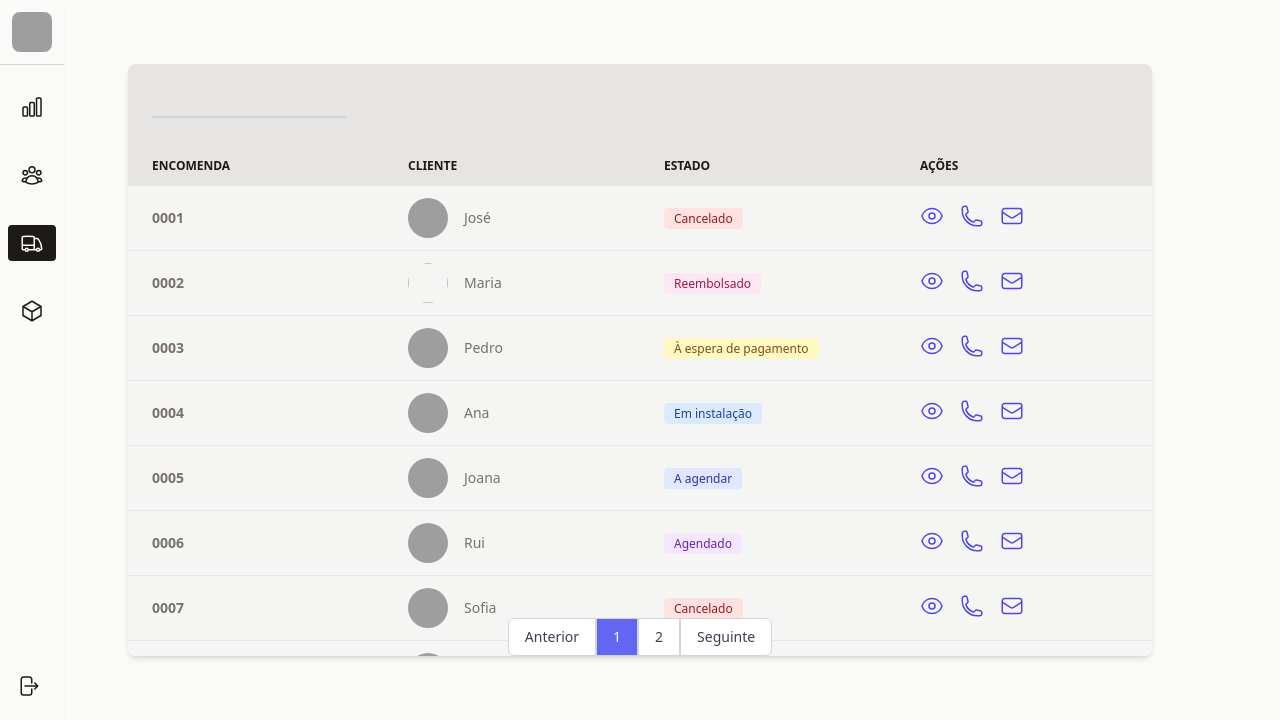
Repository: XavierOtavio/Cuzinhas
Page: /dashboard/orders
The author's editor kept a copy of each file at every save. The page is drawn from the files as they stood at one save, then again after the next save.
The browser window is 1280 px wide. The pictures show the whole page.
Pictures or frames that could not be fetched are drawn as grey boxes. An inner scrolling area shows only its first screen. The project was rebuilt for these pictures with package versions that can differ from the ones it lists, and the page was loaded fresh each time. Also part of the build but not shown: src/components/Logotipo.js, src/components/Header.js, src/components/Dashboard.js, src/components/Login.js, src/components/Register.js, src/components/Home.js, src/components/LayoutFront.js.

Above is the page before, as saved 2023-03-08 16:34:50.

### src/App.js
import { Route, Routes } from "react-router-dom";
import Header from "./components/Header";
import LayoutBackend from "./components/LayoutBackend";
import Dashboard from "./components/Dashboard";
import Orders from "./components/Orders";
import Login from "./components/Login";
import Register from "./components/Register";
import Home from "./components/Home";
import LayoutFront from "./components/LayoutFront";

function App() {
  return (
    <div className="App">
      <Routes>
        <Route path="/dashboard" element={<LayoutBackend />}>
          <Route path="" element={<Dashboard />} />
          <Route path="orders" element={<Orders />} />
        </Route>
        <Route path="" element={<LayoutFront />}>
          <Route path="/" element={<Home />} />
        </Route>
        <Route path="/login" element={<Login />} />
        <Route path="/register" element={<Register />} />
      </Routes>
    </div>
  );
}

export default App;

### src/components/LayoutBackend.js
import React from "react";
import SideBar from "./SideBar";
import { Outlet } from "react-router-dom";

export default function LayoutBackend() {
  return (
    <>
      <div className="absolute h-screen w-screen">
        <SideBar />
        <div className="relative flex h-full items-center justify-center bg-stone-50">
          <Outlet />
        </div>
      </div>
    </>
  );
}

### src/components/Orders.js
import { EyeIcon, PhoneIcon, EnvelopeIcon } from "@heroicons/react/24/outline";
import { useState, useEffect } from "react";

export default function Orders() {
  const [search, setSearch] = useState({ status: "" });
  const [page, setPage] = useState(1);

  let orders = [
    {
      id: "0001",
      name: "José",
      profilePhoto:
        "https://fd230791b4.cbaul-cdnwnd.com/6573da65277e34d2c8f10c32c9f32cbf/200000001-4c1aa4d753/1246700716628_f.jpg",
      status: "Canceled",
      phone: "912345678",
      email: "jose@cuzinhas.pt",
    },
    {
      id: "0002",
      name: "Maria",
      status: "Refunded",
      phone: "912345678",
      email: "jose@cuzinhas.pt",
    },
    {
      id: "0003",
      name: "Pedro",
      profilePhoto:
        "https://media.npr.org/assets/img/2022/11/08/ap22312071681283-0d9c328f69a7c7f15320e8750d6ea447532dff66.jpg",
      status: "PendingPayment",
      phone: "912345678",
      email: "jose@cuzinhas.pt",
    },
    {
      id: "0004",
      name: "Ana",
      profilePhoto:
        "https://politics.princeton.edu/sites/default/files/styles/square/public/images/Aseel%20Profile%20Pic.jpg?h=96281f56&itok=_XvylDKQ",
      status: "Assembling",
      phone: "912345678",
      email: "jose@cuzinhas.pt",
    },
    {
      id: "0005",
      name: "Joana",
      profilePhoto:
        "https://politics.princeton.edu/sites/default/files/styles/square/public/images/YutianAn0919_0004.jpg?h=6bb51d0e&itok=D-1_EYgw",
      status: "Scheduling",
      phone: "912345678",
      email: "jose@cuzinhas.pt",
    },
    {
      id: "0006",
      name: "Rui",
      profilePhoto:
        "https://politics.princeton.edu/sites/default/files/styles/square/public/images/p-5.jpeg?h=87dbaab7&itok=ub6jAL5Q",
      status: "Scheduled",
      phone: "912345678",
      email: "jose@cuzinhas.pt",
    },
    {
      id: "0007",
      name: "Sofia",
      profilePhoto:
        "https://politics.princeton.edu/sites/default/files/styles/square/public/images/Elizabeth-Bachman_092721_0003.jpg?h=102c6dce&itok=uL0Sbls1",
      status: "Canceled",
      phone: "912345678",
      email: "jose@cuzinhas.pt",
    },
    {
      id: "0008",
      name: "Miguel",
      profilePhoto:
        "https://politics.princeton.edu/sites/default/files/styles/square/public/images/GordonArsenoff_072721_0014-edit%20%281%29.jpg?h=39a78a6d&itok=hgDXBQsE",
      status: "Refunded",
      phone: "912345678",
      email: "jose@cuzinhas.pt",
    },
    {
      id: "0009",
      name: "Inês",
      profilePhoto:
        "https://politics.princeton.edu/sites/default/files/styles/square/public/images/p-4.jpeg?h=6d5fbd74&itok=UAzUQXdO",
      status: "PendingPayment",
      phone: "912345678",
      email: "jose@cuzinhas.pt",
    },
    {
      id: "0010",
      name: "Rita",
      profilePhoto:
        "https://politics.princeton.edu/sites/default/files/styles/square/public/images/Al-Shami.jpeg?h=227444a7&itok=hmE_Lctk",
      status: "Assembling",
      phone: "912345678",
      email: "jose@cuzinhas.pt",
    },
    {
      id: "0011",
      name: "Luís",
      profilePhoto:
        "https://politics.princeton.edu/sites/default/files/styles/square/public/images/Alkhawaldeh_Headshot.jpg?h=6a43611b&itok=RFd3qC78",
      status: "Scheduling",
      phone: "912345678",
      email: "jose@cuzinhas.pt",
    },
    {
      id: "0012",
      name: "João",
      profilePhoto:
        "https://politics.princeton.edu/sites/default/files/styles/square/public/images/Greg%20Amusu%20Department%20Photo%20%28002%29%202.jpeg?itok=lqtdmKJB",
      status: "Scheduled",
      phone: "912345678",
      email: "jose@cuzinhas.pt",
    },
  ];

  const statusBadge = (status) => {
    switch (status) {
      case "Canceled":
        return (
          <span class="bg-red-100 text-red-800 text-xs font-medium mr-2 px-2.5 py-0.5 rounded">
            Cancelado
          </span>
        );
      case "Refunded":
        return (
          <span class="bg-pink-100 text-pink-800 text-xs font-medium mr-2 px-2.5 py-0.5 rounded">
            Reembolsado
          </span>
        );
      case "PendingPayment":
        return (
          <span class="bg-yellow-100 text-yellow-800 text-xs font-medium mr-2 px-2.5 py-0.5 rounded">
            À espera de pagamento
          </span>
        );
      case "Assembling":
        return (
          <span class="bg-blue-100 text-blue-800 text-xs font-medium mr-2 px-2.5 py-0.5 rounded">
            Em instalação
          </span>
        );
      case "Scheduling":
        return (
          <span className="bg-indigo-100 text-indigo-800 text-xs font-medium mr-2 px-2.5 py-0.5 rounded">
            A agendar
          </span>
        );
      case "Scheduled":
        return (
          <span class="bg-purple-100 text-purple-800 text-xs font-medium mr-2 px-2.5 py-0.5 rounded">
            Agendado
          </span>
        );
      case "Done":
        return (
          <span class="bg-green-100 text-green-800 text-xs font-medium mr-2 px-2.5 py-0.5 rounded">
            Concluído
          </span>
        );
      default:
        return (
          <span class="bg-gray-100 text-gray-800 text-xs font-medium mr-2 px-2.5 py-0.5 rounded">
            Não definido
          </span>
        );
    }
  };
  const filteredOrders = orders.filter((order) => {
    if (search.status === "" || search.status === null) {
      return order;
    } else if (order.status === search.status) {
      return order;
    }
  });

  const calculateRange = (data) => {
    const range = [];
    const num = Math.ceil(data.length / 10);
    for (let i = 1; i <= num; i++) {
      range.push(i);
    }
    return range;
  };

  const sliceData = (data, page) => {
    return data.slice((page - 1) * 10, page * 10);
  };
  return (
    <div className="absolute inset-x-32 inset-y-16 overflow-x-auto shadow-md sm:rounded-lg bg-stone-200">
      <div className="flex items-center justify-between pb-4">
        <div className="relative mx-6 my-3 flex-1">
          <select
            name="statusCheck"
            id="statusCheck"
            onChange={(e) => setSearch({ status: e.target.value })}
            className="peer block w-full appearance-none border-0 border-b-2 border-gray-300 bg-transparent px-0 py-2.5 text-sm text-gray-900 focus:border-red-600 focus:outline-none focus:ring-0 "
          >
            <option value={""}></option>
            <option value={"Canceled"}>Cancelado</option>
            <option value={"Refunded"}>Reembolsado</option>
            <option value={"PendingPayment"}>À espera de pagamento</option>
            <option value={"Assembling"}>Em produção</option>
            <option value={"Scheduling"}>À espera de agendamento</option>
            <option value={"Scheduled"}>Agendado</option>
            <option value={"Assembling"}>Em instalação</option>
            <option value={"Done"}>Concluido</option>
          </select>
          <label
            htmlFor="statusCheck"
            className="absolute top-3 -z-10 origin-[0] -translate-y-6 scale-75 transform text-sm text-gray-500 duration-300 peer-placeholder-shown:translate-y-0 peer-placeholder-shown:scale-100 peer-focus:left-0 peer-focus:-translate-y-6 peer-focus:scale-75 peer-focus:font-medium peer-focus:text-orange-500"
          >
            Filtrar por estado
          </label>
        </div>
        <div className="flex-[4]" />
      </div>
      <table className="table-fixed w-full text-sm text-left text-stone-500">
        <thead className="text-xs text-stone-900 uppercase ">
          <tr>
            <th className="px-6 py-3" scope="col">
              Encomenda
            </th>
            <th className="px-6 py-3" scope="col">
              Cliente
            </th>
            <th className="px-6 py-3" scope="col">
              Estado
            </th>
            <th className="px-6 py-3" scope="col">
              Ações
            </th>
          </tr>
        </thead>
        <tbody>
          {sliceData(filteredOrders, page).map((order) => (
            <tr key={order.id} className="bg-stone-100 border-b">
              <th
                scope="row"
                className="px-6 py-3 whitespace-nowrap cursor-pointer"
              >
                {order.id}
              </th>
              <td className="px-6 py-3 whitespace-nowrap cursor-pointer">
                <div className="flex items-center">
                  <div className="flex-shrink-0 h-10 w-10">
                    <img
                      className="h-10 w-10 rounded-full"
                      src={order.profilePhoto}
                      alt=""
                    />
                  </div>
                  <div className="ml-4">
                    <div className="text-sm font-medium">{order.name}</div>
                  </div>
                </div>
              </td>
              <td className="px-6 py-3 whitespace-nowrap">
                {statusBadge(order.status)}
              </td>
              <td className="px-6 py-3">
                <div className="inline-grid grid-cols-3 gap-4">
                  <EyeIcon className="text-indigo-600 hover:text-indigo-900 cursor-pointer w-6" />
                  <a href={`tel:${order.phone}`}>
                    <PhoneIcon className="text-indigo-600 hover:text-indigo-900 cursor-pointer w-6" />
                  </a>
                  <a href={`mail:${order.email}`}>
                    <EnvelopeIcon className="text-indigo-600 hover:text-indigo-900 cursor-pointer w-6" />
                  </a>
                </div>
              </td>
            </tr>
          ))}
        </tbody>
        {calculateRange(filteredOrders).length > 1 && (
          <tfoot>
            <tr className="">
              <td colSpan={4}>
                <div className="flex justify-center items-center py-4">
                  <div className="flex items-center bottom-0 absolute">
                    <button
                      className="px-4 py-2 rounded-l-md border border-gray-300 bg-white text-sm font-medium text-gray-700 hover:bg-gray-50"
                      onClick={() => setPage(page - 1)}
                      disabled={page === 1}
                    >
                      Anterior
                    </button>
                    {calculateRange(filteredOrders).map((num) => (
                      <button
                        key={num}
                        className={`${
                          page === num
                            ? "bg-indigo-500 text-white"
                            : "bg-white text-gray-700"
                        } px-4 py-2 border border-gray-300 text-sm font-medium hover:bg-gray-50`}
                        onClick={() => setPage(num)}
                      >
                        {num}
                      </button>
                    ))}
                    <button
                      className="px-4 py-2 rounded-r-md border border-gray-300 bg-white text-sm font-medium text-gray-700 hover:bg-gray-50"
                      onClick={() => setPage(page + 1)}
                      disabled={page === calculateRange(filteredOrders).length}
                    >
                      Seguinte
                    </button>
                  </div>
                </div>
              </td>
            </tr>
          </tfoot>
        )}
      </table>
    </div>
  );
}

### src/components/SideBar.js
import React from "react";
import { Link, useLocation } from "react-router-dom";
import {
  ArrowRightOnRectangleIcon,
  ChartBarIcon,
  CubeIcon,
  TruckIcon,
  UserGroupIcon,
} from "@heroicons/react/24/outline";

export default function SideBar() {
  const location = useLocation();
  return (
    <div className="absolute inset-y-0 left-0 z-10 w-16 shadow-sm bg-stone-50">
      <div>
        <div className="inline-flex h-16 w-16 items-center justify-center">
          <Link
            to="/profile"
            className="group relative flex justify-center rounded"
          >
            <img
              alt="user"
              className="rounded-lg h-10 w-10"
              src="https://cdn.discordapp.com/attachments/1082425024104894666/1082799435727253584/xSVMV6xD9Cf7K56wjeEF--1--2htnr.jpg"
            />
            <span className="absolute left-full text-left whitespace-nowrap top-1/2 ml-4 -translate-y-1/2 rounded bg-stone-900 px-2 py-1.5 text-xs font-medium text-stone-50 opacity-0 group-hover:opacity-100">
              Perfil <p className="font-light">Xavier Otávio</p>
            </span>
          </Link>
        </div>
        <div className="border-t border-stone-300">
          <nav aria-label="Main" className="flex flex-col p-2">
            <div className="py-4">
              <Link
                to="/dashboard"
                className={`group relative flex  justify-center rounded  px-2 py-1.5  ${
                  location.pathname === "/dashboard"
                    ? "bg-stone-900 text-stone-50"
                    : "bg-stone-50 text-stone-900"
                }`}
              >
                <ChartBarIcon className="h-6 w-6" />
                <span className="absolute left-full top-1/2 ml-4 -translate-y-1/2 rounded bg-stone-900 px-2 py-1.5 text-xs font-medium text-stone-50 opacity-0 group-hover:opacity-100">
                  Dashboard
                </span>
              </Link>
            </div>
            <div className="py-4">
              <Link
                to="/dashboard/employees"
                className={`group relative flex  justify-center rounded  px-2 py-1.5  ${
                  location.pathname === "/dashboard/employees"
                    ? "bg-stone-900 text-stone-50"
                    : "bg-stone-50 text-stone-900"
                }`}
              >
                <UserGroupIcon className="h-6 w-6" />
                <span className="absolute left-full top-1/2 ml-4 -translate-y-1/2 rounded bg-stone-900 px-2 py-1.5 text-xs font-medium text-stone-50 opacity-0 group-hover:opacity-100">
                  Empregados
                </span>
              </Link>
            </div>
            <div className="py-4">
              <Link
                to="/dashboard/orders"
                className={`group relative flex  justify-center rounded  px-2 py-1.5  ${
                  location.pathname === "/dashboard/orders"
                    ? "bg-stone-900 text-stone-50"
                    : "bg-stone-50 text-stone-900"
                }`}
              >
                <TruckIcon className="h-6 w-6" />
                <span className="absolute left-full top-1/2 ml-4 -translate-y-1/2 rounded bg-stone-900 px-2 py-1.5 text-xs font-medium text-stone-50 opacity-0 group-hover:opacity-100">
                  Encomendas
                </span>
              </Link>
            </div>
            <div className="py-4">
              <Link
                to="/dashboard/stock"
                className={`group relative flex  justify-center rounded  px-2 py-1.5  ${
                  location.pathname === "/dashboard/stock"
                    ? "bg-stone-900 text-stone-50"
                    : "bg-stone-50 text-stone-900"
                }`}
              >
                <CubeIcon className="h-6 w-6" />
                <span className="absolute left-full top-1/2 ml-4 -translate-y-1/2 rounded bg-stone-900 px-2 py-1.5 text-xs font-medium text-stone-50 opacity-0 group-hover:opacity-100">
                  Matérias-primas
                </span>
              </Link>
            </div>
            <div className="py-4 bottom-0 absolute">
              <Link
                to="/"
                className="group relative flex  justify-center rounded bg-stone-50 px-2 py-1.5 text-stone-900"
              >
                <ArrowRightOnRectangleIcon className="h-6 w-6" />
                <span className="absolute left-full top-1/2 ml-4 -translate-y-1/2 rounded bg-stone-900 px-2 py-1.5 text-xs font-medium text-stone-50 opacity-0 group-hover:opacity-100">
                  Sair
                </span>
              </Link>
            </div>
          </nav>
        </div>
      </div>
    </div>
  );
}

Loaded but not shown: public/index.html (common file); src/index.js (common file); src/index.css (common file); src/reportWebVitals.js (common file); tailwind.config.js (common file)

After the next save:
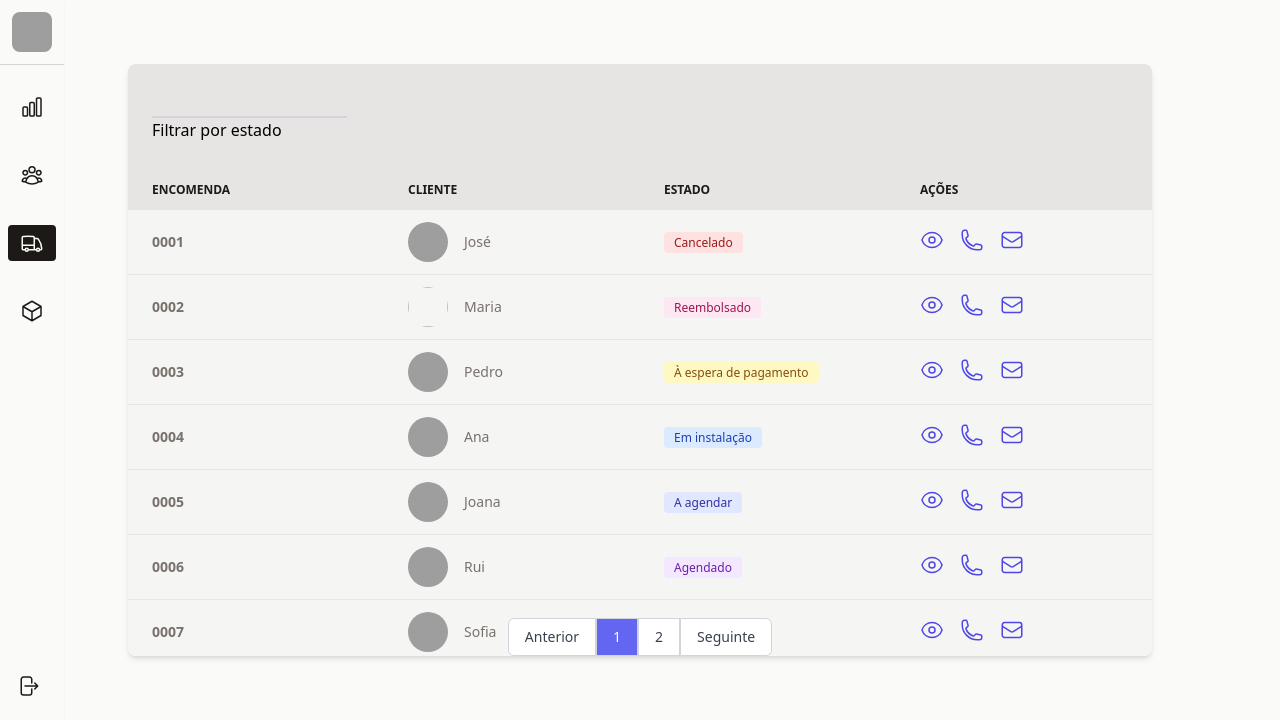
Saved 14 s later.
--- a/src/components/Orders.js
+++ b/src/components/Orders.js
@@ -206,12 +206,7 @@ export default function Orders() {
             <option value={"Assembling"}>Em instalação</option>
             <option value={"Done"}>Concluido</option>
           </select>
-          <label
-            htmlFor="statusCheck"
-            className="absolute top-3 -z-10 origin-[0] -translate-y-6 scale-75 transform text-sm text-gray-500 duration-300 peer-placeholder-shown:translate-y-0 peer-placeholder-shown:scale-100 peer-focus:left-0 peer-focus:-translate-y-6 peer-focus:scale-75 peer-focus:font-medium peer-focus:text-orange-500"
-          >
-            Filtrar por estado
-          </label>
+          <label htmlFor="statusCheck">Filtrar por estado</label>
         </div>
         <div className="flex-[4]" />
       </div>
